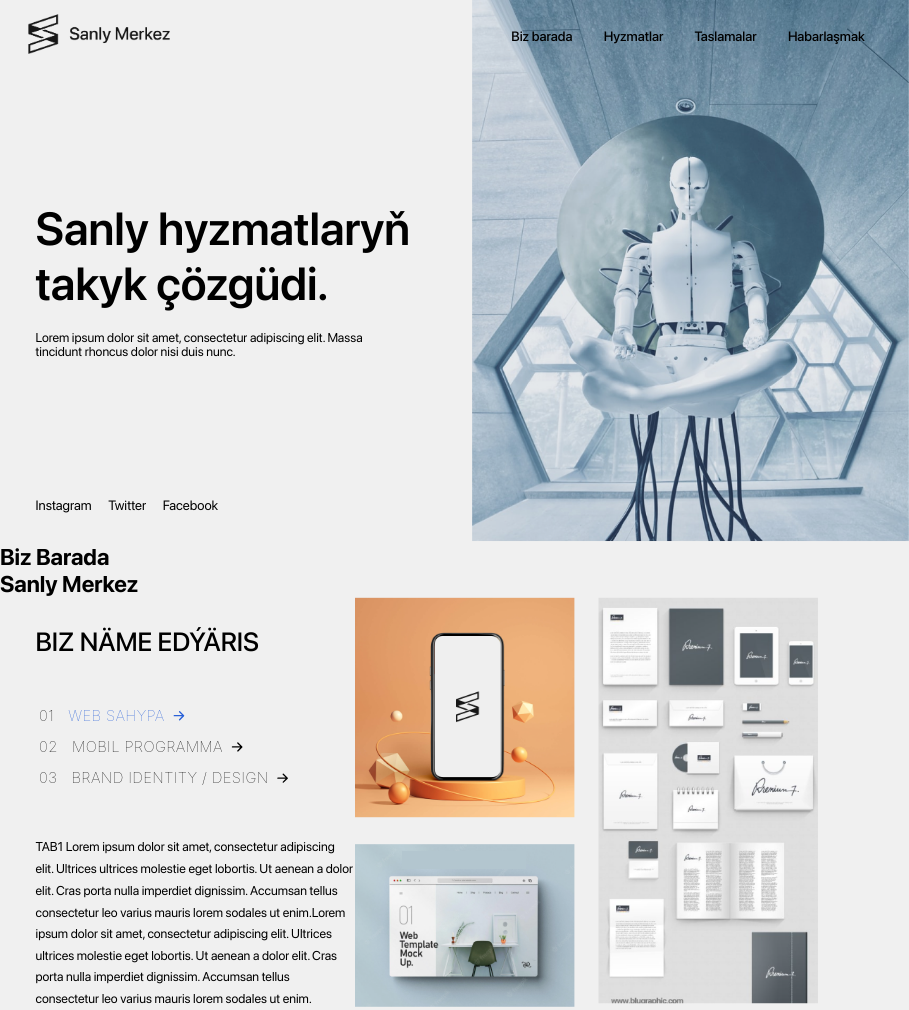
Repository: Meylis7/Sanly-Merkez-Web
Page: main.html
These files come from the project's save history. The page is drawn as it stood at one moment and after the next save; the edit follows.
The browser window is 1280 px wide. The pictures show the whole page, at 71% of full size.
Some web fonts or font styles are not loaded; a fallback is used.

Above is the page before, as saved 2022-04-29 15:21:59.

### main.html
<!DOCTYPE html>
<html lang="en" dir="ltr">
  <head>
    <meta charset="utf-8">
    <meta name="viewport" content="width=device-width, initial-scale=1.0">
    <title>Sanly merkez</title>
    <link rel="stylesheet" href="./css/main.css">
  </head>
  <body>
    <div class="main-container">
      <div class="header-container">
        <header>
          <a href="#" class="brand"><img src="/assets/logo.png" alt=""></a>
          <div class="menu">
            <div class="btn">
                <svg class="close-btn" xmlns="http://www.w3.org/2000/svg" aria-hidden="true" role="img" width="1em" height="1em" preserveAspectRatio="xMidYMid meet" viewBox="0 0 20 20"><path fill="currentColor" fill-rule="evenodd" d="M4.293 4.293a1 1 0 0 1 1.414 0L10 8.586l4.293-4.293a1 1 0 1 1 1.414 1.414L11.414 10l4.293 4.293a1 1 0 0 1-1.414 1.414L10 11.414l-4.293 4.293a1 1 0 0 1-1.414-1.414L8.586 10L4.293 5.707a1 1 0 0 1 0-1.414Z" clip-rule="evenodd"/></svg>
            </div>
            <a href="#">Biz barada</a>
            <a href="#">Hyzmatlar</a>
            <a href="#">Taslamalar</a>
            <a href="#">Habarlaşmak</a>
          </div>
          <div class="btn">
            <svg class="menu-btn" xmlns="http://www.w3.org/2000/svg" aria-hidden="true" role="img" width="1em" height="1em" preserveAspectRatio="xMidYMid meet" viewBox="0 0 20 20"><path fill="currentColor" fill-rule="evenodd" d="M3 5a1 1 0 0 1 1-1h12a1 1 0 1 1 0 2H4a1 1 0 0 1-1-1Zm0 5a1 1 0 0 1 1-1h12a1 1 0 1 1 0 2H4a1 1 0 0 1-1-1Zm6 5a1 1 0 0 1 1-1h6a1 1 0 1 1 0 2h-6a1 1 0 0 1-1-1Z" clip-rule="evenodd"/></svg>
          </div>
        </header>
      </div>

      <div class="home-section">
        <div class="home-container">
          <div class="home-left-content">
            <div class="home-slogan">
              <p class="slogan">Sanly hyzmatlaryň <br>
                takyk çözgüdi.</p>
                <p class="slogan-text">Lorem ipsum dolor sit amet, consectetur adipiscing elit. Massa <br> tincidunt rhoncus dolor nisi duis nunc.</p>
            </div>
            <div class="home-social-links">
              <a href="#">Instagram</a>
              <a href="#">Twitter</a>
              <a href="#">Facebook</a>
            </div>
          </div>
          <div class="home-right-content">
            <img src="./assets/mainphoto.png" alt="">
          </div>
        </div>
      </div>
      <div class="about-section">
        <div class="about-container">
          <div class="about-photo-content">
            <h1>Biz Barada</h1>
          </div>
          <div class="about-text-container">
            <h1>Sanly Merkez</h1>
          </div>
        </div>
      </div>
      <div class="wwd-section">
        <div class="wwd-conteiner">
          <div class="tabs">
            <h1>Biz näme edýäris</h1>
            <div class="tabs__head">
              <div class="tabs__toggle is-active">
                <span class="tabs__name"><span class="tabsnumber">01</span>Web sahypa <svg xmlns="http://www.w3.org/2000/svg" aria-hidden="true" role="img" width="1em" height="1em" preserveAspectRatio="xMidYMid meet" viewBox="0 0 16 16"><path fill="currentColor" fill-rule="evenodd" d="M4 8a.5.5 0 0 1 .5-.5h5.793L8.146 5.354a.5.5 0 1 1 .708-.708l3 3a.5.5 0 0 1 0 .708l-3 3a.5.5 0 0 1-.708-.708L10.293 8.5H4.5A.5.5 0 0 1 4 8z"/></svg></span>
              </div>
              <div class="tabs__toggle">
                <span class="tabs__name"><span class="tabsnumber">02</span>Mobil programma <svg xmlns="http://www.w3.org/2000/svg" aria-hidden="true" role="img" width="1em" height="1em" preserveAspectRatio="xMidYMid meet" viewBox="0 0 16 16"><path fill="currentColor" fill-rule="evenodd" d="M4 8a.5.5 0 0 1 .5-.5h5.793L8.146 5.354a.5.5 0 1 1 .708-.708l3 3a.5.5 0 0 1 0 .708l-3 3a.5.5 0 0 1-.708-.708L10.293 8.5H4.5A.5.5 0 0 1 4 8z"/></svg></span>
              </div>
              <div class="tabs__toggle">
                <span class="tabs__name"><span class="tabsnumber">03</span>Brand identity / Design <svg xmlns="http://www.w3.org/2000/svg" aria-hidden="true" role="img" width="1em" height="1em" preserveAspectRatio="xMidYMid meet" viewBox="0 0 16 16"><path fill="currentColor" fill-rule="evenodd" d="M4 8a.5.5 0 0 1 .5-.5h5.793L8.146 5.354a.5.5 0 1 1 .708-.708l3 3a.5.5 0 0 1 0 .708l-3 3a.5.5 0 0 1-.708-.708L10.293 8.5H4.5A.5.5 0 0 1 4 8z"/></svg></span>
              </div>
            </div>
            <div class="tabs__body">
              <div class="tabs__content is-active">
                <p class="tabs__text">TAB1 Lorem ipsum dolor sit amet, consectetur adipiscing elit. Ultrices ultrices molestie eget lobortis. Ut aenean a dolor elit. Cras porta nulla imperdiet dignissim. Accumsan tellus consectetur leo varius mauris lorem sodales ut enim.Lorem ipsum dolor sit amet, consectetur adipiscing elit. Ultrices ultrices molestie eget lobortis. Ut aenean a dolor elit. Cras porta nulla imperdiet dignissim. Accumsan tellus consectetur leo varius mauris lorem sodales ut enim.</p>
              </div>
              <div class="tabs__content">
                <p class="tabs__text">TAB2 Lorem ipsum dolor sit amet, consectetur adipiscing elit. Ultrices ultrices molestie eget lobortis. Ut aenean a dolor elit. Cras porta nulla imperdiet dignissim. Accumsan tellus consectetur leo varius mauris lorem sodales ut enim.Lorem ipsum dolor sit amet, consectetur adipiscing elit. Ultrices ultrices molestie eget lobortis. Ut aenean a dolor elit. Cras porta nulla imperdiet dignissim. Accumsan tellus consectetur leo varius mauris lorem sodales ut enim.</p>
              </div>
              <div class="tabs__content">
                <p class="tabs__text">TAB3 Lorem ipsum dolor sit amet, consectetur adipiscing elit. Ultrices ultrices molestie eget lobortis. Ut aenean a dolor elit. Cras porta nulla imperdiet dignissim. Accumsan tellus consectetur leo varius mauris lorem sodales ut enim.Lorem ipsum dolor sit amet, consectetur adipiscing elit. Ultrices ultrices molestie eget lobortis. Ut aenean a dolor elit. Cras porta nulla imperdiet dignissim. Accumsan tellus consectetur leo varius mauris lorem sodales ut enim.</p>
              </div>
            </div>
          </div>
          <div class="wwd-photo-content">
            <div class="left-photo-content">
              <div class="first-photo">
                <img src="/assets/appphoto.png" alt="">
              </div>
              <div class="second-photo">
                <img src="/assets/websitephoto.png" alt="">
              </div>
            </div>
            <div class="right-photo-content">
              <img src="/assets/brandingphoto.png" alt="">
            </div>
          </div>
        </div>
      </div>

    </div>



    <script type="text/javascript">
    //javascript for navigation bar effect on scroll
    window.addEventListener("scroll", function(){
      var header = document.querySelector("header");
      header.classList.toggle('sticky', window.scrollY > 0);
    });

    //javascript for responsive navigation sidebar menu
    var menu = document.querySelector('.menu');
    var menuBtn = document.querySelector('.menu-btn');
    var closeBtn = document.querySelector('.close-btn');

    menuBtn.addEventListener("click", () => {
      menu.classList.add('active');
    });

    closeBtn.addEventListener("click", () => {
      menu.classList.remove('active');
    });
    </script>
    <script src="./js/nav.js"></script>

  </body>
</html>

### css/main.css

@font-face {
  font-family: 'SF Pro Display';
  src: url('../SFProDisplay-Medium.eot');
  src: local('../SF Pro Display Medium'), local('SFProDisplay-Medium'),
      url('../SFProDisplay-Medium.eot?#iefix') format('embedded-opentype'),
      url('../SFProDisplay-Medium.woff2') format('woff2'),
      url('../SFProDisplay-Medium.woff') format('woff'),
      url('../SFProDisplay-Medium.ttf') format('truetype');
  font-weight: 500;
  font-style: normal;
}

@font-face {
  font-family: 'SF Pro Display';
  src: url('../SFProDisplay-Heavy.eot');
  src: local('../SF Pro Display Heavy'), local('SFProDisplay-Heavy'),
      url('../SFProDisplay-Heavy.eot?#iefix') format('embedded-opentype'),
      url('../SFProDisplay-Heavy.woff2') format('woff2'),
      url('../SFProDisplay-Heavy.woff') format('woff'),
      url('../SFProDisplay-Heavy.ttf') format('truetype');
  font-weight: 900;
  font-style: normal;
}

@font-face {
  font-family: 'SF Pro Display';
  src: url('../SFProDisplay-UltralightItalic.eot');
  src: local('../SF Pro Display UltralightItalic'), local('SFProDisplay-UltralightItalic'),
      url('../SFProDisplay-UltralightItalic.eot?#iefix') format('embedded-opentype'),
      url('../SFProDisplay-UltralightItalic.woff2') format('woff2'),
      url('../SFProDisplay-UltralightItalic.woff') format('woff'),
      url('../SFProDisplay-UltralightItalic.ttf') format('truetype');
  font-weight: 200;
  font-style: italic;
}

@font-face {
  font-family: 'SF Pro Display';
  src: url('../SFProDisplay-RegularItalic.eot');
  src: local('../SF Pro Display Regular Italic'), local('SFProDisplay-RegularItalic'),
      url('../SFProDisplay-RegularItalic.eot?#iefix') format('embedded-opentype'),
      url('vSFProDisplay-RegularItalic.woff2') format('woff2'),
      url('../SFProDisplay-RegularItalic.woff') format('woff'),
      url('../SFProDisplay-RegularItalic.ttf') format('truetype');
  font-weight: normal;
  font-style: italic;
}

@font-face {
  font-family: 'SF Pro Display';
  src: url('../SFProDisplay-Thin.eot');
  src: local('../SF Pro Display Thin'), local('SFProDisplay-Thin'),
      url('../SFProDisplay-Thin.eot?#iefix') format('embedded-opentype'),
      url('../SFProDisplay-Thin.woff2') format('woff2'),
      url('../SFProDisplay-Thin.woff') format('woff'),
      url('../SFProDisplay-Thin.ttf') format('truetype');
  font-weight: 100;
  font-style: normal;
}

@font-face {
  font-family: 'SF Pro Display';
  src: url('../SFProDisplay-Light.eot');
  src: local('../SF Pro Display Light'), local('SFProDisplay-Light'),
      url('../SFProDisplay-Light.eot?#iefix') format('embedded-opentype'),
      url('../SFProDisplay-Light.woff2') format('woff2'),
      url('../SFProDisplay-Light.woff') format('woff'),
      url('../SFProDisplay-Light.ttf') format('truetype');
  font-weight: 200;
  font-style: normal;
}

@font-face {
  font-family: 'SF Pro Display';
  src: url('../SFProDisplay-BlackItalic.eot');
  src: local('../SF Pro Display Black Italic'), local('SFProDisplay-BlackItalic'),
      url('../SFProDisplay-BlackItalic.eot?#iefix') format('embedded-opentype'),
      url('../SFProDisplay-BlackItalic.woff2') format('woff2'),
      url('../SFProDisplay-BlackItalic.woff') format('woff'),
      url('../SFProDisplay-BlackItalic.ttf') format('truetype');
  font-weight: 900;
  font-style: italic;
}

@font-face {
  font-family: 'SF Pro Display';
  src: url('../SFProDisplay-Bold.eot');
  src: local('../SF Pro Display Bold'), local('SFProDisplay-Bold'),
      url('../SFProDisplay-Bold.eot?#iefix') format('embedded-opentype'),
      url('../SFProDisplay-Bold.woff2') format('woff2'),
      url('../SFProDisplay-Bold.woff') format('woff'),
      url('../SFProDisplay-Bold.ttf') format('truetype');
  font-weight: bold;
  font-style: normal;
}

@font-face {
  font-family: 'SF Pro Display';
  src: url('../SFProDisplay-Black.eot');
  src: local('../SF Pro Display Black'), local('SFProDisplay-Black'),
      url('../SFProDisplay-Black.eot?#iefix') format('embedded-opentype'),
      url('../SFProDisplay-Black.woff2') format('woff2'),
      url('../SFProDisplay-Black.woff') format('woff'),
      url('../SFProDisplay-Black.ttf') format('truetype');
  font-weight: 900;
  font-style: normal;
}

@font-face {
  font-family: 'SF Pro Display';
  src: url('../SFProDisplay-SemiboldItalic.eot');
  src: local('../SF Pro Display SemiboldItalic'), local('SFProDisplay-SemiboldItalic'),
      url('../SFProDisplay-SemiboldItalic.eot?#iefix') format('embedded-opentype'),
      url('../SFProDisplay-SemiboldItalic.woff2') format('woff2'),
      url('../SFProDisplay-SemiboldItalic.woff') format('woff'),
      url('../SFProDisplay-SemiboldItalic.ttf') format('truetype');
  font-weight: 600;
  font-style: italic;
}

@font-face {
  font-family: 'SF Pro Display';
  src: url('../SFProDisplay-Ultralight.eot');
  src: local('../SF Pro Display Ultralight'), local('SFProDisplay-Ultralight'),
      url('../SFProDisplay-Ultralight.eot?#iefix') format('embedded-opentype'),
      url('../SFProDisplay-Ultralight.woff2') format('woff2'),
      url('../SFProDisplay-Ultralight.woff') format('woff'),
      url('../SFProDisplay-Ultralight.ttf') format('truetype');
  font-weight: 200;
  font-style: normal;
}

@font-face {
  font-family: 'SF Pro Display';
  src: url('../SFProDisplay-LightItalic.eot');
  src: local('../SF Pro Display LightItalic'), local('SFProDisplay-LightItalic'),
      url('../SFProDisplay-LightItalic.eot?#iefix') format('embedded-opentype'),
      url('../SFProDisplay-LightItalic.woff2') format('woff2'),
      url('../SFProDisplay-LightItalic.woff') format('woff'),
      url('../SFProDisplay-LightItalic.ttf') format('truetype');
  font-weight: 200;
  font-style: italic;
}

@font-face {
  font-family: 'SF Pro Display';
  src: url('../SFProDisplay-ThinItalic.eot');
  src: local('../SF Pro Display ThinItalic'), local('SFProDisplay-ThinItalic'),
      url('../SFProDisplay-ThinItalic.eot?#iefix') format('embedded-opentype'),
      url('../SFProDisplay-ThinItalic.woff2') format('woff2'),
      url('../SFProDisplay-ThinItalic.woff') format('woff'),
      url('../SFProDisplay-ThinItalic.ttf') format('truetype');
  font-weight: 100;
  font-style: italic;
}

@font-face {
  font-family: 'SF Pro Display';
  src: url('../SFProDisplay-MediumItalic.eot');
  src: local('../SF Pro Display MediumItalic'), local('SFProDisplay-MediumItalic'),
      url('../SFProDisplay-MediumItalic.eot?#iefix') format('embedded-opentype'),
      url('../SFProDisplay-MediumItalic.woff2') format('woff2'),
      url('../SFProDisplay-MediumItalic.woff') format('woff'),
      url('../SFProDisplay-MediumItalic.ttf') format('truetype');
  font-weight: 500;
  font-style: italic;
}

@font-face {
  font-family: 'SF Pro Display';
  src: url('../SFProDisplay-Semibold.eot');
  src: local('SF Pro Display Semibold'), local('SFProDisplay-Semibold'),
      url('../SFProDisplay-Semibold.eot?#iefix') format('embedded-opentype'),
      url('../SFProDisplay-Semibold.woff2') format('woff2'),
      url('../SFProDisplay-Semibold.woff') format('woff'),
      url('../SFProDisplay-Semibold.ttf') format('truetype');
  font-weight: 600;
  font-style: normal;
}

@font-face {
  font-family: 'SF Pro Display';
  src: url('../SFProDisplay-HeavyItalic.eot');
  src: local('../SF Pro Display HeavyItalic'), local('SFProDisplay-HeavyItalic'),
      url('../SFProDisplay-HeavyItalic.eot?#iefix') format('embedded-opentype'),
      url('../SFProDisplay-HeavyItalic.woff2') format('woff2'),
      url('../SFProDisplay-HeavyItalic.woff') format('woff'),
      url('../SFProDisplay-HeavyItalic.ttf') format('truetype');
  font-weight: 900;
  font-style: italic;
}

@font-face {
  font-family: 'SF Pro Display';
  src: url('../SFProDisplay-Regular.eot');
  src: local('../SF Pro Display Regular'), local('SFProDisplay-Regular'),
      url('../SFProDisplay-Regular.eot?#iefix') format('embedded-opentype'),
      url('../SFProDisplay-Regular.woff2') format('woff2'),
      url('../SFProDisplay-Regular.woff') format('woff'),
      url('../SFProDisplay-Regular.ttf') format('truetype');
  font-weight: normal;
  font-style: normal;
}

@font-face {
  font-family: 'SF Pro Display';
  src: url('../SFProDisplay-BoldItalic.eot');
  src: local('../SF Pro Display BoldItalic'), local('SFProDisplay-BoldItalic'),
      url('../SFProDisplay-BoldItalic.eot?#iefix') format('embedded-opentype'),
      url('../SFProDisplay-BoldItalic.woff2') format('woff2'),
      url('../SFProDisplay-BoldItalic.woff') format('woff'),
      url('../SFProDisplay-BoldItalic.ttf') format('truetype');
  font-weight: bold;
  font-style: italic;
}


*{
  margin: 0;
  padding: 0;
  box-sizing: border-box;
  font-family: "SF Pro Display";

}
a{
  text-decoration: none;
}

body{
  min-height: 100vh;
  background: #F0F0F0;
}
header{
  z-index: 999;
  position: fixed;
  top: 0;
  left: 0;
  width: 100%;
  display: flex;
  justify-content: space-between;
  align-items: center;
  padding: 20px 40px;
  transition: 0.6s;
  transform: translate(calc(50vw - 50%));
}

header.sticky{
  background: #ffffff;
  padding: 15px 50px;

}

header .brand{
  color: #fff;
  font-size: 30px;
  font-weight: 700;
  text-transform: uppercase;
  text-decoration: none;
  letter-spacing: 2px;
}

header .menu{
  position: relative;
  display: flex;
  justify-content: center;
  align-items: center;
}

header .menu a{
  color: rgb(0, 0, 0);
  font-size: 19px;
  font-weight: 500;
  text-decoration: none;
  padding: 7px 12px;
  margin: 0 10px;
  border-radius: 20px;
  transition: 0.3s;
  transition-property: color, background;
}

header .menu a:hover{
  color: #000;
  background: #fff;
}

header .btn{
  color: rgb(94, 0, 0);
  font-size: 25px;
  cursor: pointer;
  display: none;
}
/* .main-container{
    max-width: 1240px;
    height: 100%;
    margin: 0 auto;
} */
.brand{
  width: 200px;
}
.brand img{
  width: 100%;
}
.home-container{
  display: flex;
  width: 100%;

}
.home-left-content,.home-right-content{
  flex: 1;
}
.home-left-content{
  display: flex;
  flex-direction: column;
  justify-content: space-between;
  padding-left: 50px;
}
.home-right-content img{
  width: 100%;
}
.slogan{
  font-size: 65px;
  font-family: "SF Pro Display";
  font-weight: 600;
  margin-top: 46%;
  margin-bottom: 25px;
}
.slogan-text{
  font-size: 18px;
  font-family: "SF Pro Display";
}
.home-social-links{
  margin-bottom: 7%;
}
.home-social-links a {
  color: #000;
  margin-right: 20px;
  font-size: 19px;
}

@media (max-width: 1060px){
  header .btn{
    display: block;
  }

  header .menu{
    position: fixed;
    background: #ffffff;
    flex-direction: column;
    width: 100%;
    height: 100vh;
    top: 0;
    right: -100%;
    padding: 80px 50px;
    transition: 0.5s;
    transition-property: right;
  }

  header .menu.active{
    right: 0;
  }

  header .menu .close-btn{
    position: absolute;
    top: 0;
    left: 0;
    margin: 25px;
  }

  header .menu a{
    display: block;
    font-size: 20px;
    margin: 20px;
    padding: 0 15px;
  }
}





.tabs {
  display: flex;
  flex-direction: column;
  max-width: 450px;
  width: 100%;

}
.tabs h1{
  font-size: 37px;
  font-weight: 500;
  text-transform: uppercase;
  margin-bottom: 60px;
  margin-top: 40px;
}

.tabs__head {
  display: flex;
  flex-direction: column;
  justify-content: space-between;
  margin-bottom: 60px;
}

.tabs__toggle {
  margin: 0 5px;
  padding: 7px 0;
  cursor: pointer;
  transition: .5s;
}

.tabs__name {
  font-weight: 500;
  font-size: 21px;
  color: #000000;
  display: flex;
  align-items: center;
  font-family: "SF Pro Display";
  font-weight: 100;
  text-transform: uppercase;
  letter-spacing: 0.5px;
}
.tabsnumber{
  margin-right: 20px;
  color: rgb(0, 0, 0);
}
.tabs__name svg{
  height: 30px;
  width: 40px;
}

.tabs__body {
  position: relative;
}

.tabs__title {
  font-weight: 600;
  font-size: 24px;
  color: #000000;
  margin-bottom: 20px;
  text-align: center;
}

.tabs__text {
  font-size: 18px;
  line-height: 1.7;
  color: #000000;

}

.tabs__content {
  display: none;
}
.tabs__toggle.is-active .tabs__name {
  color: #2a61d8;
}

.tabs__content.is-active {
  display: block;
}
.wwd-conteiner{
  display: flex;
  padding-left: 50px;
  padding-right: 10%;
  justify-content: space-between;
}
.wwd-photo-content{
  display: flex;
  max-width: 700px;
}
.wwd-photo-content img{
  width: 100%;
}
.first-photo{
  margin-bottom: 34px;
}
.left-photo-content{
  margin-right: 34px;
}

### js/nav.js
let tabs = document.querySelectorAll('.tabs__toggle'),
    contents = document.querySelectorAll('.tabs__content');

tabs.forEach((tab, index) => {
    tab.addEventListener('click', () => {
        contents.forEach((content) => {
            content.classList.remove('is-active');
        });
        tabs.forEach((tab) => {
            tab.classList.remove('is-active');
        });
        contents[index].classList.add('is-active');
        tabs[index].classList.add('is-active');
    });
});

After the next save:
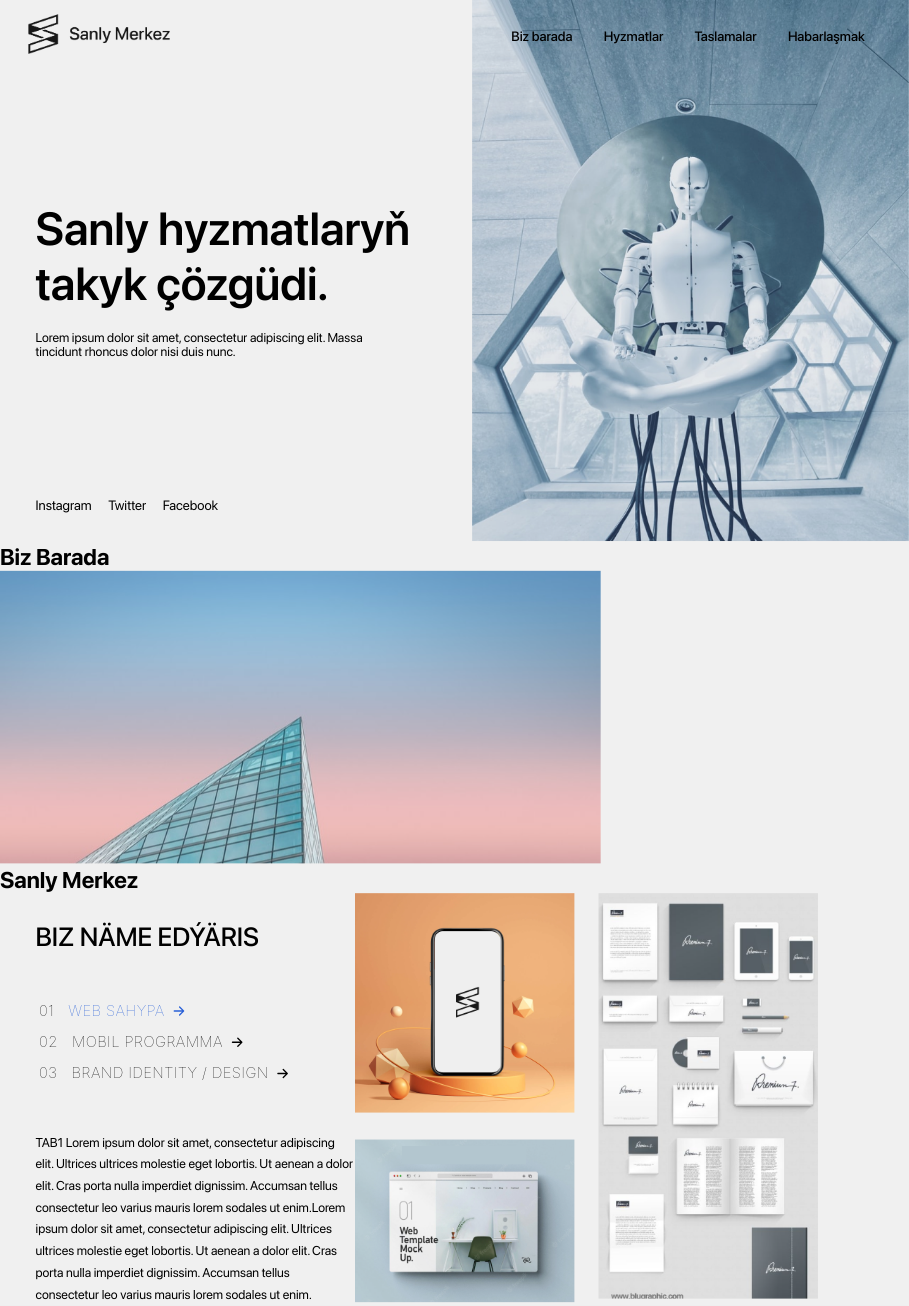
Saved 39 s later.
--- a/main.html
+++ b/main.html
@@ -49,6 +49,7 @@
         <div class="about-container">
           <div class="about-photo-content">
             <h1>Biz Barada</h1>
+            <img src="/assets/about.png" alt="">
           </div>
           <div class="about-text-container">
             <h1>Sanly Merkez</h1>
